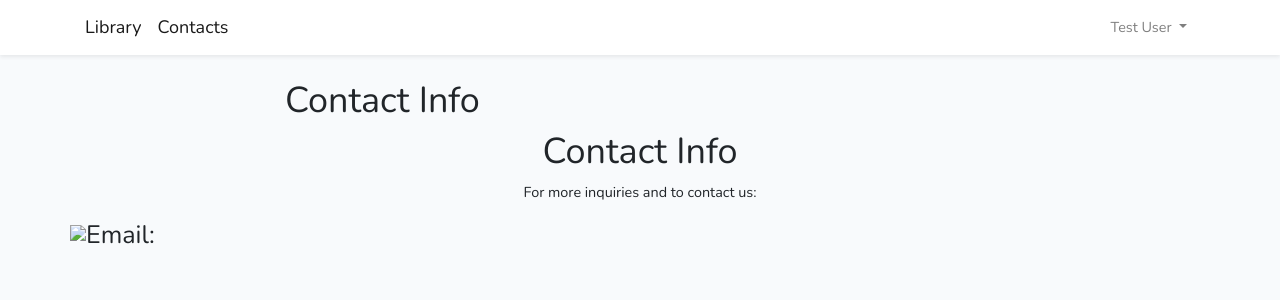
Repository: laravel-sys/groupOne
Page: http://localhost/contacts
These files come from the project's save history. The page is drawn as it stood at one moment and after a run of saves; the edit follows.
The browser window is 1280 px wide. The pictures show the whole page.
The page is served by the project's Laravel application, run on PHP 8.4 with Laravel 8. A made-up administrator, Test User (test@example.com), is signed in. Style sheets and scripts are compiled from the project's sources, by tool versions that may differ from the author's. Queries for data that is not in the repository find no rows.

Above is the page before, as saved 2021-03-26 23:01:59.

After the next 2 saves:
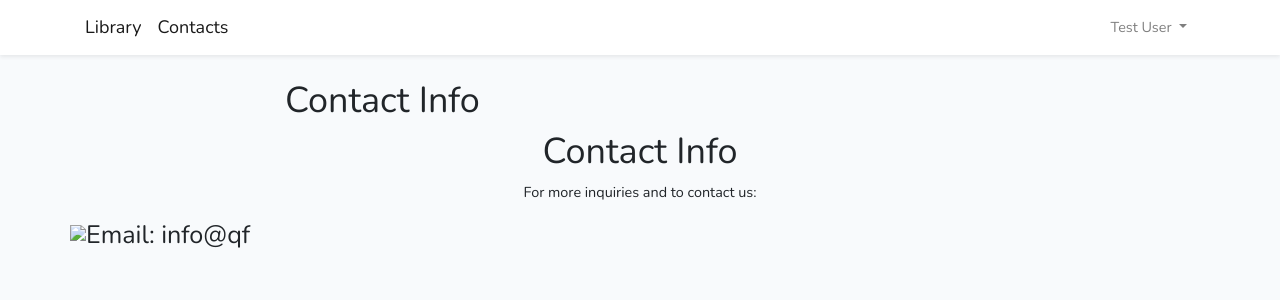
The 2 saves are shown as one change because they came seconds apart.
The last was saved 6 s later.
--- a/resources/views/index.blade.php
+++ b/resources/views/index.blade.php
@@ -30,7 +30,7 @@
                 <img src="/w3images/map.jpg" style="width:100%">
                 </div>
                 <div class="column">
-                        <h3>Email: </h3>
+                        <h3>Email: info@qf</h3>
                 </div>
               </div>
             </div>
